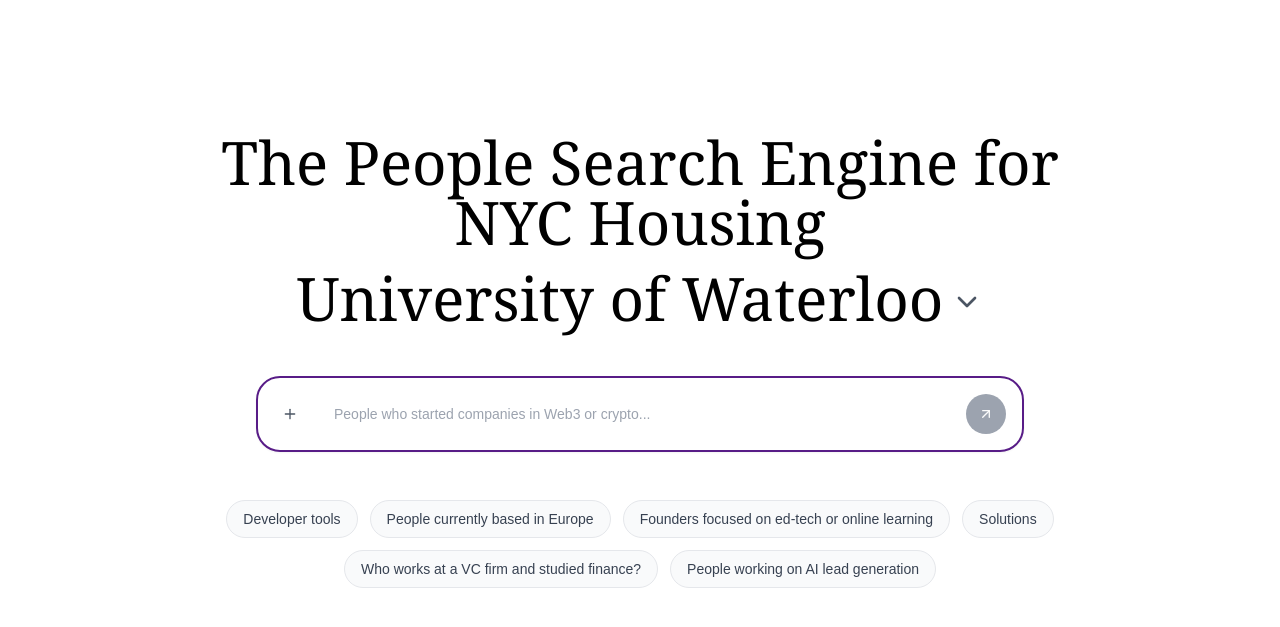
Repository: nicholaschen09/ai-agent-housing
Page: /
The author's editor kept a copy of each file at every save. The page is drawn from the files as they stood at one save, then again after a run of saves.
The browser window is 1280 px wide. The pictures show the whole page.
The project was rebuilt for these pictures with package versions that can differ from the ones it lists, and the page was loaded fresh each time. The framework's server and built-in components were replaced by stand-ins that run in the browser. Also part of the build but not shown: next.config.mjs.

Above is the page before, as saved 2025-06-09 01:42:17.

### app/page.tsx
import { ArrowUp, Plus, Sparkles, ChevronDown } from "lucide-react"
import { Button } from "@/components/ui/button"
import { Input } from "@/components/ui/input"

export default function Component() {
  const searchSuggestions = [
    "Developer tools",
    "People currently based in Europe",
    "Founders focused on ed-tech or online learning",
    "Solutions",
    "Who works at a VC firm and studied finance?",
    "People working on AI lead generation",
  ]

  return (
    <div className="min-h-screen bg-white flex flex-col items-center justify-center px-6 py-16">
      <div className="max-w-4xl w-full text-center space-y-12">
        {/* Main Heading */}
        <div className="space-y-4">
          <h1 className="text-5xl md:text-6xl font-serif text-black leading-tight">The People Search Engine for NYC Housing</h1>
          <div className="flex items-center justify-center gap-2">
            <h2 className="text-5xl md:text-6xl font-serif text-black">University of Waterloo</h2>
            <ChevronDown className="w-8 h-8 text-gray-600 mt-2" />
          </div>
        </div>

        {/* Search Bar */}
        <div className="relative max-w-3xl mx-auto">
          <div className="relative bg-white rounded-3xl border-2 border-purple-900 p-4 shadow-sm">
            <div className="flex items-center gap-4">
              <Button size="sm" variant="ghost" className="rounded-full w-8 h-8 p-0 hover:bg-gray-100">
                <Plus className="w-4 h-4 text-gray-600" />
              </Button>

              <Input
                type="text"
                placeholder="People who started companies in Web3 or crypto..."
                className="flex-1 text-lg border-0 bg-transparent focus-visible:ring-0 focus-visible:ring-offset-0 placeholder:text-gray-400"
              />

              <div className="flex items-center gap-2">
                <Button size="sm" className="rounded-full w-10 h-10 p-0 bg-gray-400 hover:bg-gray-500 ml-2">
                  <ArrowUp className="w-4 h-4 rotate-45" />
                </Button>
              </div>
            </div>
          </div>
        </div>

        {/* Search Suggestions */}
        <div className="flex flex-wrap justify-center gap-3 max-w-4xl mx-auto">
          {searchSuggestions.map((suggestion, index) => (
            <Button
              key={index}
              variant="outline"
              className="rounded-full bg-gray-50 hover:bg-gray-100 text-gray-700 border-gray-200 px-4 py-2 h-auto text-sm"
            >
              {suggestion}
            </Button>
          ))}
        </div>
      </div>
    </div>
  )
}

### components/ui/button.tsx
import * as React from "react"
import { Slot } from "@radix-ui/react-slot"
import { cva, type VariantProps } from "class-variance-authority"

import { cn } from "@/lib/utils"

const buttonVariants = cva(
  "inline-flex items-center justify-center gap-2 whitespace-nowrap rounded-md text-sm font-medium ring-offset-background transition-colors focus-visible:outline-none focus-visible:ring-2 focus-visible:ring-ring focus-visible:ring-offset-2 disabled:pointer-events-none disabled:opacity-50 [&_svg]:pointer-events-none [&_svg]:size-4 [&_svg]:shrink-0",
  {
    variants: {
      variant: {
        default: "bg-primary text-primary-foreground hover:bg-primary/90",
        destructive:
          "bg-destructive text-destructive-foreground hover:bg-destructive/90",
        outline:
          "border border-input bg-background hover:bg-accent hover:text-accent-foreground",
        secondary:
          "bg-secondary text-secondary-foreground hover:bg-secondary/80",
        ghost: "hover:bg-accent hover:text-accent-foreground",
        link: "text-primary underline-offset-4 hover:underline",
      },
      size: {
        default: "h-10 px-4 py-2",
        sm: "h-9 rounded-md px-3",
        lg: "h-11 rounded-md px-8",
        icon: "h-10 w-10",
      },
    },
    defaultVariants: {
      variant: "default",
      size: "default",
    },
  }
)

export interface ButtonProps
  extends React.ButtonHTMLAttributes<HTMLButtonElement>,
    VariantProps<typeof buttonVariants> {
  asChild?: boolean
}

const Button = React.forwardRef<HTMLButtonElement, ButtonProps>(
  ({ className, variant, size, asChild = false, ...props }, ref) => {
    const Comp = asChild ? Slot : "button"
    return (
      <Comp
        className={cn(buttonVariants({ variant, size, className }))}
        ref={ref}
        {...props}
      />
    )
  }
)
Button.displayName = "Button"

export { Button, buttonVariants }

### components/ui/input.tsx
import * as React from "react"

import { cn } from "@/lib/utils"

const Input = React.forwardRef<HTMLInputElement, React.ComponentProps<"input">>(
  ({ className, type, ...props }, ref) => {
    return (
      <input
        type={type}
        className={cn(
          "flex h-10 w-full rounded-md border border-input bg-background px-3 py-2 text-base ring-offset-background file:border-0 file:bg-transparent file:text-sm file:font-medium file:text-foreground placeholder:text-muted-foreground focus-visible:outline-none focus-visible:ring-2 focus-visible:ring-ring focus-visible:ring-offset-2 disabled:cursor-not-allowed disabled:opacity-50 md:text-sm",
          className
        )}
        ref={ref}
        {...props}
      />
    )
  }
)
Input.displayName = "Input"

export { Input }

Loaded but not shown: app/layout.tsx (common file); app/globals.css (common file); lib/utils.ts (common file); tailwind.config.ts (common file)

After the next 2 saves:
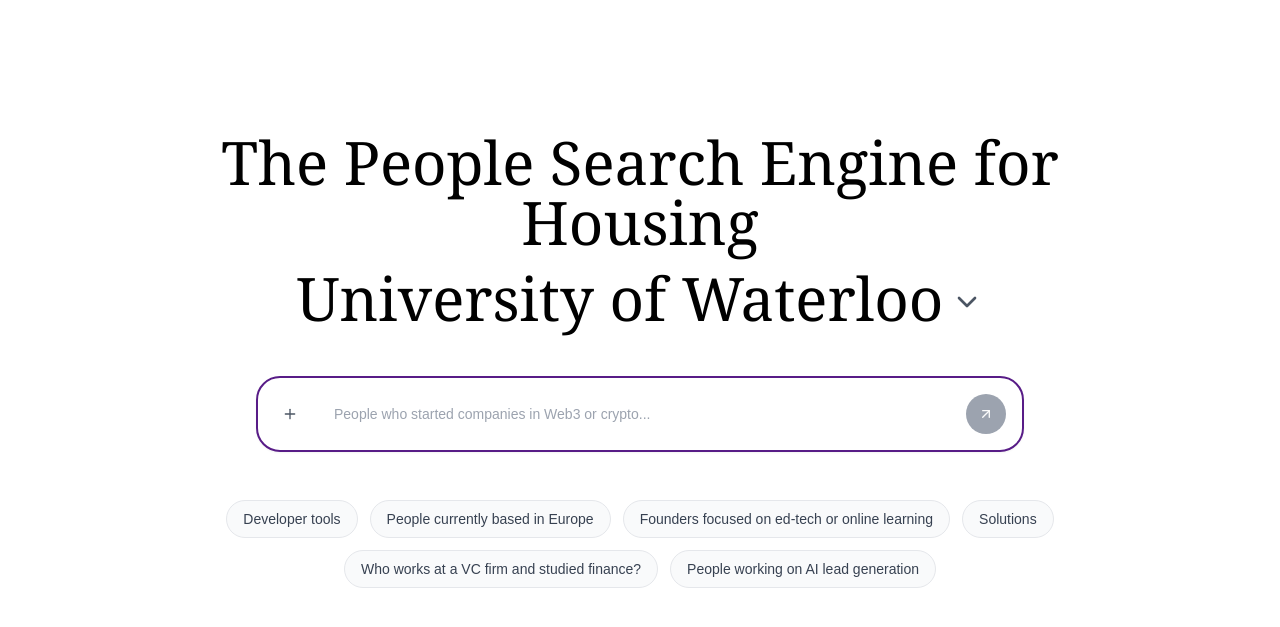
The 2 saves are shown as one change because they came seconds apart.
The last was saved 24 s later.
--- a/app/page.tsx
+++ b/app/page.tsx
@@ -17,7 +17,7 @@
       <div className="max-w-4xl w-full text-center space-y-12">
         {/* Main Heading */}
         <div className="space-y-4">
-          <h1 className="text-5xl md:text-6xl font-serif text-black leading-tight">The People Search Engine for NYC Housing</h1>
+          <h1 className="text-5xl md:text-6xl font-serif text-black leading-tight">The People Search Engine for Housing</h1>
           <div className="flex items-center justify-center gap-2">
             <h2 className="text-5xl md:text-6xl font-serif text-black">University of Waterloo</h2>
             <ChevronDown className="w-8 h-8 text-gray-600 mt-2" />
